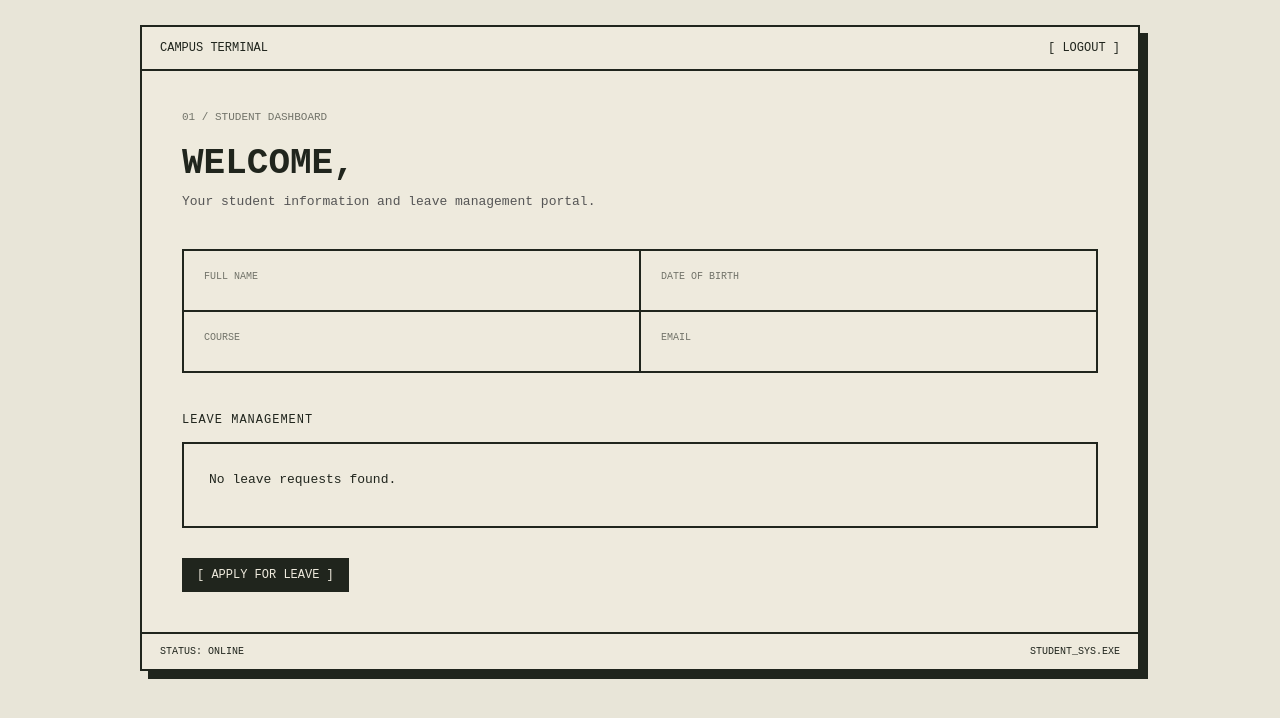
Repository: purrito123/student-register-system
Page: templates/student_dashboard.html
These files come from the project's save history. The page is drawn as it stood at one moment and after the next save; the edit follows.
The browser window is 1280 px wide. The pictures show the whole page.
The page is served by the project's application, run on Flask 3 (app.py). The template is opened directly, without the code that normally fills it, so the values that code supplies are empty.

Above is the page before, as saved 2026-08-20 17:46:28.

### templates/student_dashboard.html
<!DOCTYPE html>
<html>

<head>

    <title>Student Dashboard</title>

    <style>

        * {
            box-sizing: border-box;
            margin: 0;
            padding: 0;
        }

        body {
            background: #e8e5d8;
            color: #20251d;
            font-family: "Courier New", monospace;
            min-height: 100vh;
            padding: 25px;
        }

        .terminal {
            width: 100%;
            max-width: 1000px;
            margin: auto;

            background: #eeeadd;

            border: 2px solid #20251d;

            box-shadow: 8px 8px 0 #20251d;
        }

        /* HEADER */

        .header {
            padding: 14px 18px;

            border-bottom: 2px solid #20251d;

            display: flex;
            justify-content: space-between;

            font-size: 12px;
        }

        .logout {
            color: #20251d;
            text-decoration: none;
        }

        .logout:hover {
            text-decoration: underline;
        }

        /* CONTENT */

        .content {
            padding: 40px;
        }

        .number {
            font-size: 11px;
            opacity: 0.6;
            margin-bottom: 20px;
        }

        h1 {
            font-size: 36px;
            margin-bottom: 10px;
        }

        .subtitle {
            color: #555;
            font-size: 13px;
            margin-bottom: 40px;
        }

        /* INFO */

        .info-grid {
            display: grid;
            grid-template-columns: 1fr 1fr;

            border-top: 2px solid #20251d;
            border-left: 2px solid #20251d;

            margin-bottom: 40px;
        }

        .info {
            padding: 20px;

            border-right: 2px solid #20251d;
            border-bottom: 2px solid #20251d;
        }

        .label {
            font-size: 10px;
            opacity: 0.6;
            margin-bottom: 8px;
        }

        .value {
            font-size: 15px;
        }

        /* LEAVE */

        .section-title {
            font-size: 12px;
            letter-spacing: 1px;

            margin-bottom: 15px;
        }

        .leave-box {
            border: 2px solid #20251d;
            padding: 25px;

            margin-bottom: 20px;
        }

        .leave-box p {
            font-size: 13px;
            line-height: 1.7;
            margin-bottom: 10px;
        }

        .status {
            display: inline-block;

            border: 1px solid #20251d;

            padding: 5px 10px;

            font-size: 11px;
        }

        .apply {
            display: inline-block;

            margin-top: 10px;

            padding: 10px 15px;

            background: #20251d;

            color: #eeeadd;

            text-decoration: none;

            font-size: 12px;
        }

        .apply:hover {
            background: #eeeadd;
            color: #20251d;
            border: 1px solid #20251d;
        }

        /* FOOTER */

        .footer {
            border-top: 2px solid #20251d;

            padding: 12px 18px;

            display: flex;
            justify-content: space-between;

            font-size: 10px;
        }

        @media (max-width: 650px) {

            .content {
                padding: 30px;
            }

            .info-grid {
                grid-template-columns: 1fr;
            }

            .footer {
                flex-direction: column;
                gap: 6px;
            }

        }

    </style>

</head>


<body>


    <div class="terminal">


        <!-- HEADER -->

        <div class="header">

            <span>
                CAMPUS TERMINAL
            </span>

            <a
                href="/logout"
                class="logout"
            >
                [ LOGOUT ]
            </a>

        </div>


        <!-- CONTENT -->

        <div class="content">


            <div class="number">
                01 / STUDENT DASHBOARD
            </div>


            <h1>
                WELCOME, {{ student[1] }}
            </h1>


            <p class="subtitle">
                Your student information and leave management portal.
            </p>


            <!-- STUDENT INFORMATION -->

            <div class="info-grid">


                <div class="info">

                    <div class="label">
                        FULL NAME
                    </div>

                    <div class="value">
                        {{ student[1] }}
                    </div>

                </div>


                <div class="info">

                    <div class="label">
                        DATE OF BIRTH
                    </div>

                    <div class="value">
                        {{ student[2] }}
                    </div>

                </div>


                <div class="info">

                    <div class="label">
                        COURSE
                    </div>

                    <div class="value">
                        {{ student[3] }}
                    </div>

                </div>


                <div class="info">

                    <div class="label">
                        EMAIL
                    </div>

                    <div class="value">
                        {{ student[4] }}
                    </div>

                </div>


            </div>


            <!-- LEAVE -->

            <div class="section-title">
                LEAVE MANAGEMENT
            </div>


            {% if leaves %}

                {% for leave in leaves %}

                    <div class="leave-box">

                        <p>
                            <strong>
                                FROM:
                            </strong>

                            {{ leave[2] }}
                        </p>

                        <p>
                            <strong>
                                TO:
                            </strong>

                            {{ leave[3] }}
                        </p>

                        <p>
                            <strong>
                                REASON:
                            </strong>

                            {{ leave[4] }}
                        </p>

                        <span class="status">
                            STATUS: {{ leave[5] }}
                        </span>

                    </div>

                {% endfor %}

            {% else %}

                <div class="leave-box">

                    <p>
                        No leave requests found.
                    </p>

                </div>

            {% endif %}


            <a
                href="/apply-leave"
                class="apply"
            >
                [ APPLY FOR LEAVE ]
            </a>


        </div>


        <!-- FOOTER -->

        <div class="footer">

            <span>
                STATUS: ONLINE
            </span>

            <span>
                STUDENT_SYS.EXE
            </span>

        </div>


    </div>


</body>

</html>

### app.py
from flask import Flask, render_template, request, session, redirect
import sqlite3
from werkzeug.security import generate_password_hash, check_password_hash

app = Flask(__name__)
app.secret_key = "student-registration-secret"


def init_db():
    conn = sqlite3.connect("database.db")
    cursor = conn.cursor()

    cursor.execute("""
        CREATE TABLE IF NOT EXISTS students (
            id INTEGER PRIMARY KEY AUTOINCREMENT,
            name TEXT NOT NULL,
            dob TEXT NOT NULL,
            course TEXT NOT NULL,
            email TEXT NOT NULL,
            password TEXT NOT NULL
        )
    """)

    conn.commit()
    conn.close()


@app.route("/")
def home():
    return render_template("signup.html")


@app.route("/student-register", methods=["GET", "POST"])
def student_register():

    if request.method == "POST":

        name = request.form["name"]
        dob = request.form["dob"]
        course = request.form["course"]
        email = request.form["email"]
        password = request.form["password"]

        password_hash = generate_password_hash(password)

        conn = sqlite3.connect("database.db")
        cursor = conn.cursor()

        cursor.execute("""
            INSERT INTO students (name, dob, course, email, password)
            VALUES (?, ?, ?, ?, ?)
        """, (name, dob, course, email, password_hash))

        conn.commit()
        conn.close()

        return render_template("registration_success.html")

    return render_template("student_register.html")


@app.route("/students")
def students():

    conn = sqlite3.connect("database.db")
    cursor = conn.cursor()

    cursor.execute("SELECT * FROM students")

    students = cursor.fetchall()

    conn.close()

    return str(students)


@app.route("/admin-register", methods=["GET", "POST"])
def admin_register():

    if request.method == "POST":

        name = request.form["name"]
        email = request.form["email"]
        password = request.form["password"]

        password_hash = generate_password_hash(password)

        conn = sqlite3.connect("database.db")
        cursor = conn.cursor()

        cursor.execute("""
            INSERT INTO admins (name, email, password)
            VALUES (?, ?, ?)
        """, (name, email, password_hash))

        conn.commit()
        conn.close()

        return render_template("admin_registration_success.html")

    return render_template("admin_register.html")


@app.route("/login", methods=["GET", "POST"])
def login():

    if request.method == "POST":

        email = request.form["email"]
        password = request.form["password"]

        conn = sqlite3.connect("database.db")
        cursor = conn.cursor()

        cursor.execute(
            "SELECT * FROM students WHERE email = ?",
            (email,)
        )

        student = cursor.fetchone()

        conn.close()

        if student:
            stored_password = student[5]

            if check_password_hash(stored_password, password):
                session["student_id"] = student[0]
            return render_template("student_dashboard.html", student=student)

        return "Invalid email or password"

    return render_template("login.html")

@app.route("/student-dashboard")
def student_dashboard():

    if "student_id" not in session:
        return "Please login first."

    student_id = session["student_id"]

    conn = sqlite3.connect("database.db")
    cursor = conn.cursor()

    cursor.execute(
        "SELECT id, name, dob, course, email FROM students WHERE id = ?",
        (student_id,)
    )

    student = cursor.fetchone()

    cursor.execute("""
        SELECT id, start_date, end_date, reason, status
        FROM leaves
        WHERE student_id = ?
    """, (student_id,))

    leaves = cursor.fetchall()

    conn.close()

    if student is None:
        return "Student not found."

    return render_template(
        "student_dashboard.html",
        student=student,
        leaves=leaves
    )

@app.route("/edit-profile", methods=["GET", "POST"])
def edit_profile():

    # Make sure student is logged in
    if "student_id" not in session:
        return redirect("/login")

    conn = sqlite3.connect("database.db")
    cursor = conn.cursor()

    student_id = session["student_id"]

    if request.method == "POST":

        name = request.form["name"]
        dob = request.form["dob"]
        course = request.form["course"]
        email = request.form["email"]

        cursor.execute("""
            UPDATE students
            SET name = ?, dob = ?, course = ?, email = ?
            WHERE id = ?
        """, (name, dob, course, email, student_id))

        conn.commit()
        conn.close()

        return redirect("/student-dashboard")

    cursor.execute(
        "SELECT * FROM students WHERE id = ?",
        (student_id,)
    )

    student = cursor.fetchone()

    conn.close()

    return render_template(
        "edit_profile.html",
        student=student
    )

@app.route("/logout")
def logout():
    session.clear()
    return render_template("logout.html")

@app.route("/apply-leave", methods=["GET", "POST"])
def apply_leave():

    if "student_id" not in session:
        return "Please login first."

    if request.method == "POST":

        start_date = request.form["start_date"]
        end_date = request.form["end_date"]
        reason = request.form["reason"]

        student_id = session["student_id"]

        conn = sqlite3.connect("database.db")
        cursor = conn.cursor()

        cursor.execute("""
            INSERT INTO leaves
            (student_id, start_date, end_date, reason)
            VALUES (?, ?, ?, ?)
        """, (student_id, start_date, end_date, reason))

        conn.commit()
        conn.close()

        return render_template("leave_success.html")

    return render_template("apply_leave.html")

def init_db():
    conn = sqlite3.connect("database.db")
    cursor = conn.cursor()

    cursor.execute("""
        CREATE TABLE IF NOT EXISTS students (
            id INTEGER PRIMARY KEY AUTOINCREMENT,
            name TEXT NOT NULL,
            dob TEXT NOT NULL,
            course TEXT NOT NULL,
            email TEXT NOT NULL,
            password TEXT NOT NULL
        )
    """)

    cursor.execute("""
        CREATE TABLE IF NOT EXISTS leaves (
            id INTEGER PRIMARY KEY AUTOINCREMENT,
            student_id INTEGER NOT NULL,
            start_date TEXT NOT NULL,
            end_date TEXT NOT NULL,
            reason TEXT NOT NULL,
            status TEXT DEFAULT 'Pending'
        )
    """)

    cursor.execute("""
        CREATE TABLE IF NOT EXISTS admins (
            id INTEGER PRIMARY KEY AUTOINCREMENT,
            name TEXT NOT NULL,
            email TEXT NOT NULL,
            password TEXT NOT NULL
        )
    """)

    conn.commit()
    conn.close()

@app.route("/admin-login", methods=["GET", "POST"])
def admin_login():

    if request.method == "POST":

        email = request.form["email"]
        password = request.form["password"]

        conn = sqlite3.connect("database.db")
        cursor = conn.cursor()

        cursor.execute(
            "SELECT * FROM admins WHERE email = ?",
            (email,)
        )

        admin = cursor.fetchone()

        conn.close()

        if admin:
            stored_password = admin[3]

        if check_password_hash(stored_password, password):

            session["admin_id"] = admin[0]

            return redirect("/admin-dashboard")

        return "Invalid admin email or password"

    return render_template("admin_login.html")

@app.route("/admin-dashboard")
def admin_dashboard():

    if "admin_id" not in session:
        return "Please login as admin first."

    conn = sqlite3.connect("database.db")
    cursor = conn.cursor()

    cursor.execute("""
        SELECT
            leaves.id,
            students.name,
            leaves.start_date,
            leaves.end_date,
            leaves.reason,
            leaves.status
        FROM leaves
        JOIN students
        ON leaves.student_id = students.id
    """)

    leaves = cursor.fetchall()

    conn.close()

    return render_template(
        "admin_dashboard.html",
        leaves=leaves
    )

@app.route("/student-database")
def student_database():

    conn = sqlite3.connect("database.db")
    cursor = conn.cursor()

    cursor.execute("""
        SELECT * FROM students
    """)

    students = cursor.fetchall()

    conn.close()

    return render_template(
        "student_database.html",
        students=students
    )

@app.route("/update-leave/<int:leave_id>", methods=["POST"])
def update_leave(leave_id):

    if "admin_id" not in session:
        return "Please login as admin first."

    status = request.form["status"]

    conn = sqlite3.connect("database.db")
    cursor = conn.cursor()

    cursor.execute(
        "UPDATE leaves SET status = ? WHERE id = ?",
        (status, leave_id)
    )

    conn.commit()
    conn.close()

    return redirect("/admin-dashboard")

@app.route("/delete-all-leaves", methods=["POST"])
def delete_all_leaves():

    conn = sqlite3.connect("database.db")
    cursor = conn.cursor()

    cursor.execute("DELETE FROM leaves")

    conn.commit()
    conn.close()

    return redirect("/admin-dashboard")

@app.route("/delete-all-students", methods=["POST"])
def delete_all_students():

    conn = sqlite3.connect("database.db")
    cursor = conn.cursor()

    # Delete leave requests first
    cursor.execute("DELETE FROM leaves")

    # Delete all student accounts
    cursor.execute("DELETE FROM students")

    conn.commit()
    conn.close()

    return redirect("/student-database")

init_db()

if __name__ == "__main__":
    app.run(debug=True)

After the next save:
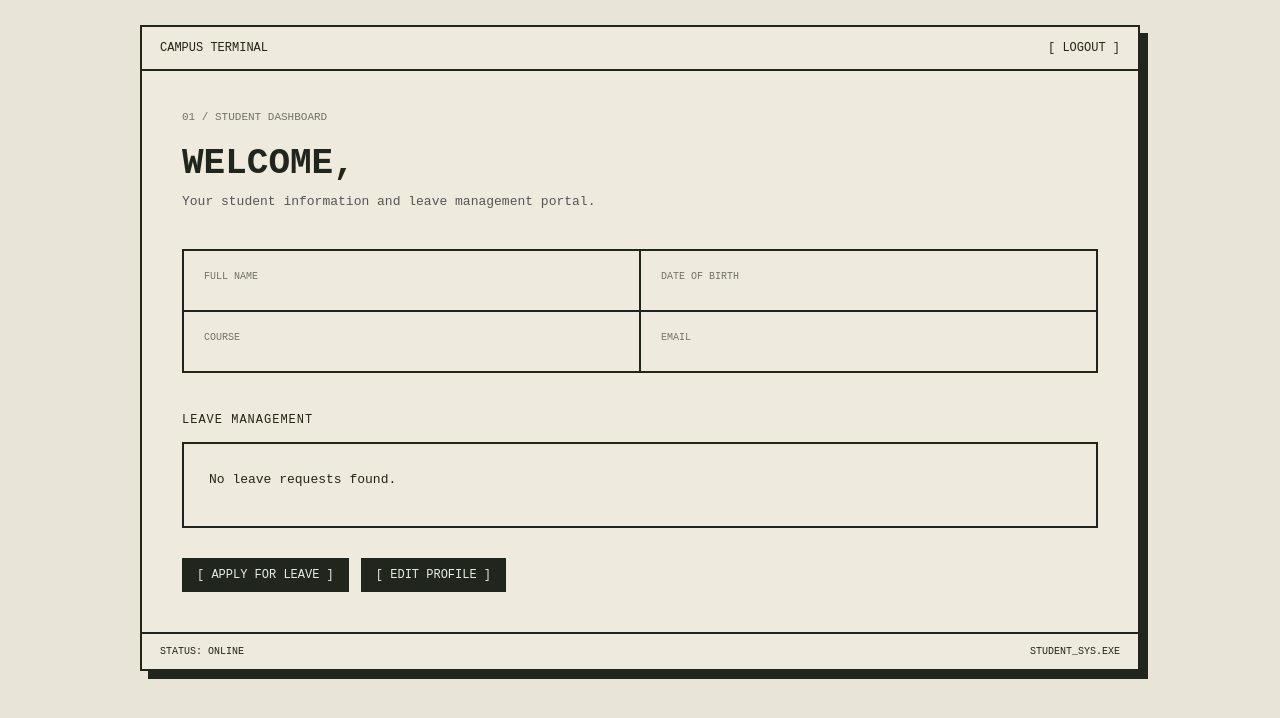
Saved 3 min 22 s later.
--- a/templates/student_dashboard.html
+++ b/templates/student_dashboard.html
@@ -358,12 +358,17 @@
             {% endif %}
 
 
-            <a
-                href="/apply-leave"
-                class="apply"
-            >
-                [ APPLY FOR LEAVE ]
-            </a>
+            <div style="display:flex; gap:12px; flex-wrap:wrap; margin-top:20px;">
+
+    <a href="/apply-leave" class="apply">
+        [ APPLY FOR LEAVE ]
+    </a>
+
+    <a href="/edit-profile" class="apply">
+        [ EDIT PROFILE ]
+    </a>
+
+</div>
 
 
         </div>
